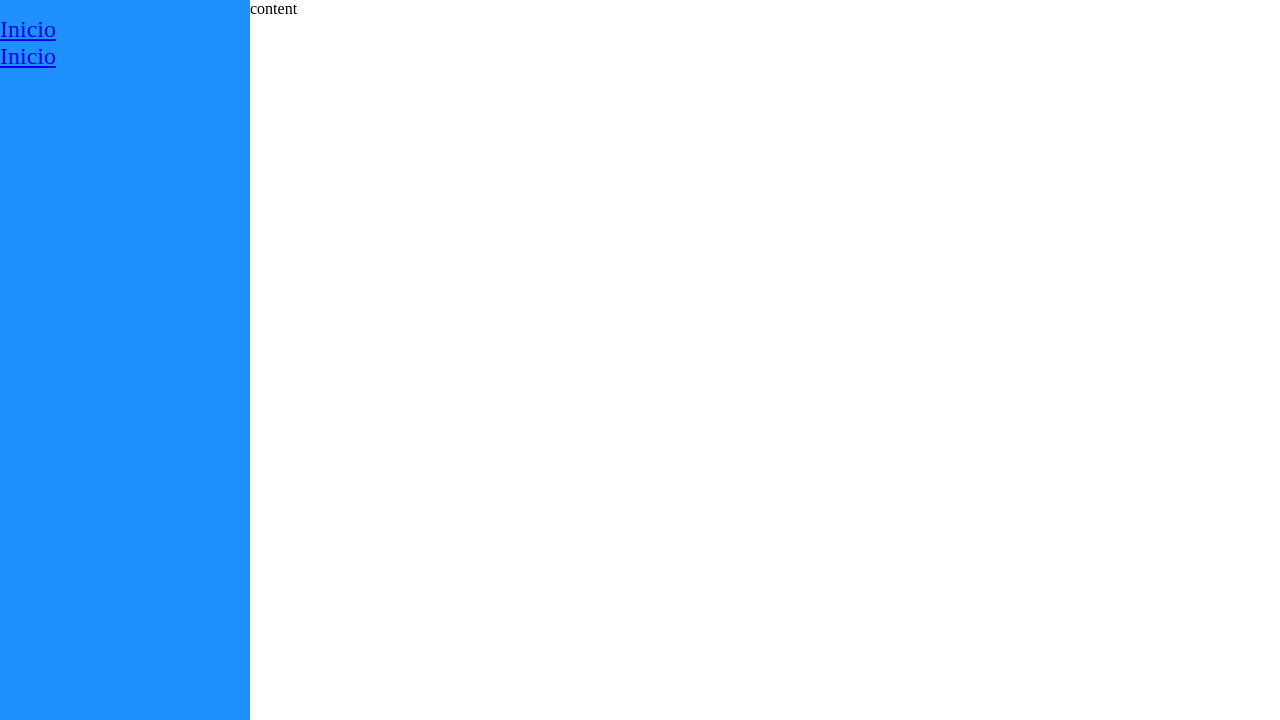
Repository: mateus-henrique-silva/estudos-react
Page: /
An editor plug-in stored every save of this project. The page is shown before and after the next save, followed by the edit.
The browser window is 1280 px wide. The pictures show the whole page.
The project was rebuilt for these pictures with package versions that can differ from the ones it lists, and the page was loaded fresh each time.

Above is the page before, as saved 2022-07-11 11:53:46.

### public/index.html
<!DOCTYPE html>
<html lang="en">
  <head>
    <meta charset="utf-8" />
    <link rel="icon" href="%PUBLIC_URL%/favicon.ico" />
    <meta name="viewport" content="width=device-width, initial-scale=1" />
    <title>React App</title>
  </head>
  <body>
    <noscript>You need to enable JavaScript to run this app.</noscript>
    <div id="root"></div>

  </body>
</html>

### src/index.js
import React from 'react';
import ReactDOM from 'react-dom/client';
import App from './Views/App';
import reportWebVitals from './reportWebVitals';
import "./index.css"

const root = ReactDOM.createRoot(document.getElementById('root'));
root.render(
  <React.StrictMode>
    <App />
  </React.StrictMode>
);

// If you want to start measuring performance in your app, pass a function
// to log results (for example: reportWebVitals(console.log))
// or send to an analytics endpoint. Learn more: https://bit.ly/CRA-vitals
reportWebVitals();

### src/Views/App.jsx
import React from "react"
import Content from "../Components/Content/Content";
import Menu from "../Components/Menu/Menu";
import "../Views/App.css"

function App() {
  return (
    <div className="App">
        <Menu/>
        <Content/>
    </div>
  );
}

export default App;

### src/index.css
body{
    margin:0;

}

### src/Components/Content/Content.jsx
import React from 'react'

const Content = props => (
    <div className="content" >
        content
    </div>

)
export default Content

### src/Components/Menu/Menu.jsx
import React from "react";
import "./Menu.css";

const Menu = (props) => (
  <aside className="Menu">
    <nav>
      <ul>
        <li>
          <a href="#">Inicio</a>
        </li>

        <li>
          <a href="#">Inicio</a>
        </li>
      </ul>
    </nav>
  </aside>
);

export default Menu;

### src/Views/App.css
.App{
    display:flex;

    height: 100vh;
}

### src/Components/Menu/Menu.css
.Menu{
    display:flex;
    flex-basis: 250px;
    background-color:#1e90ff;



}

.Menu ul{
    list-style:none;
    padding:0;
}

.Menu li{
    display:flex;

}

.Menu li {
    text-decoration: none;
    color: white;
    font-size:1.5rem;
}

Loaded but not shown: src/reportWebVitals.js (common file)

After the next save:
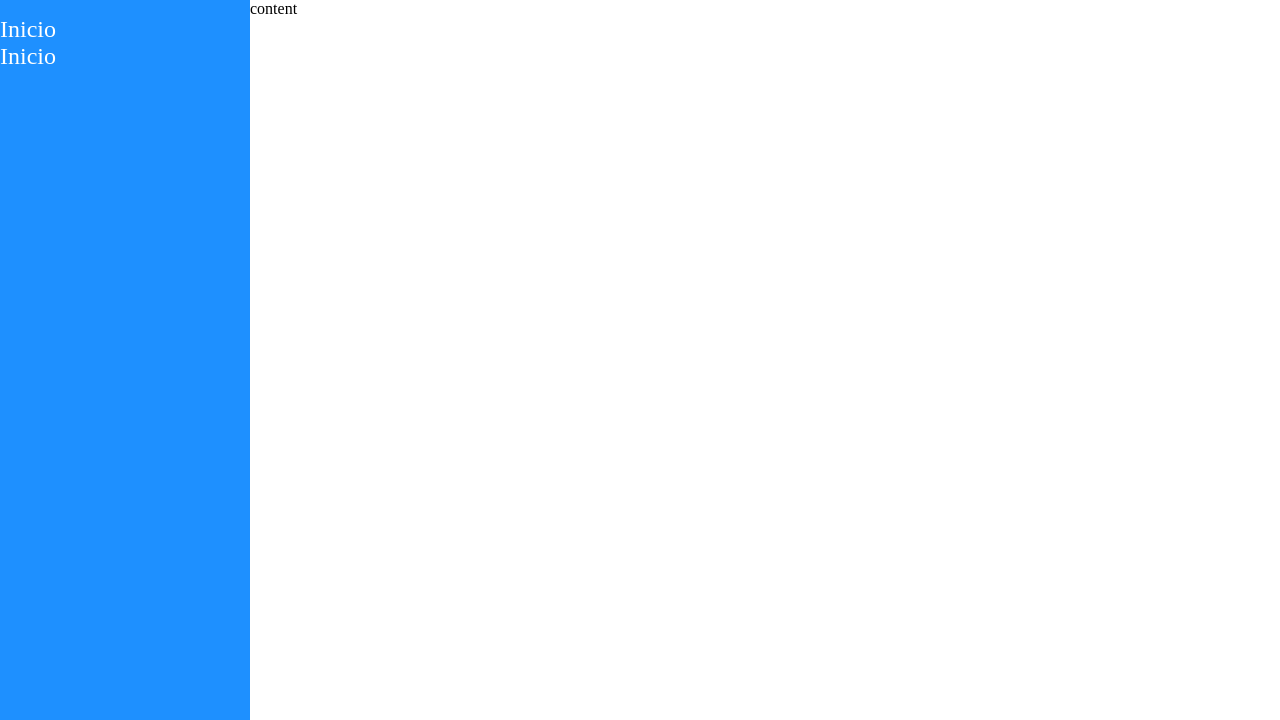
Saved 13 s later.
--- a/src/Components/Menu/Menu.css
+++ b/src/Components/Menu/Menu.css
@@ -17,7 +17,7 @@
 
 }
 
-.Menu li {
+.Menu li a{
     text-decoration: none;
     color: white;
     font-size:1.5rem;
